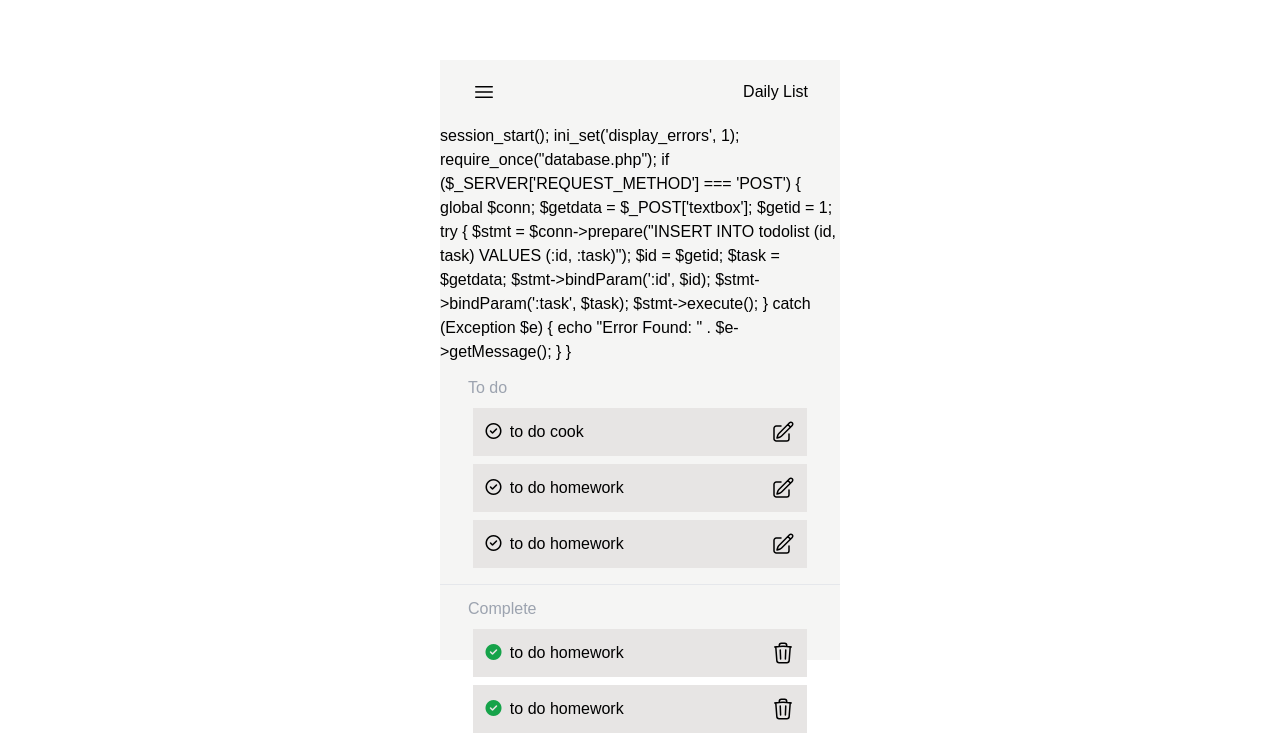
Repository: hsumyatm7308/TodolistbyPHP
Page: http://localhost/
These files come from the project's save history. The page is drawn as it stood at one moment and after the next save; the edit follows.
The browser window is 1280 px wide. The pictures show the whole page.
Some web libraries are served in a nearby version. The page is run by PHP 8.4 with error messages shown; the project is at /var/www/html/.

Above is the page before, as saved 2023-07-09 16:43:33.

### index.php
<!DOCTYPE html>
<html lang="en">

<head>
    <meta charset="UTF-8">
    <meta name="viewport" content="width=device-width, initial-scale=1.0">
    <title>To Do List</title>
    <link rel="stylesheet" href="https://cdnjs.cloudflare.com/ajax/libs/font-awesome/6.4.0/css/all.min.css">
    <script src="https://cdn.tailwindcss.com"></script>

    <style>
        * {
            font-family: sans-serif;
        }
    </style>

</head>

<body>
    <div class="w-screen h-screen container flex justify-center items-center">
        <div class="w-[400px] h-[600px] bg-stone-100">
            <!-- header nav  -->
            <div class="w-full h-14 flex justify-between items-center p-8">
                <div>
                    <svg xmlns="http://www.w3.org/2000/svg" fill="none" viewBox="0 0 24 24" stroke-width="1.5"
                        stroke="currentColor" class="w-6 h-6">
                        <path stroke-linecap="round" stroke-linejoin="round"
                            d="M3.75 6.75h16.5M3.75 12h16.5m-16.5 5.25h16.5" />
                    </svg>

                </div>
                <div>
                    <h4> Daily List</h4>
                </div>
            </div>


            <?php

            include ("create.php");
            include("updatetodo.php");
            include("complete.php");

            ?>





        </div>
    </div>
</body>

</html>

### create.php
session_start();
ini_set('display_errors', 1);

require_once("database.php");

if ($_SERVER['REQUEST_METHOD'] === 'POST') {
    global $conn;

    $getdata = $_POST['textbox'];
    $getid = 1;

    try {
        $stmt = $conn->prepare("INSERT INTO todolist (id, task) VALUES (:id, :task)");

        $id = $getid;
        $task = $getdata;

        $stmt->bindParam(':id', $id);
        $stmt->bindParam(':task', $task);

        $stmt->execute();
    } catch (Exception $e) {
        echo "Error Found: " . $e->getMessage();
    }
}

### updatetodo.php










<!-- update to do  -->
<form action="" method="post" class="mt-3" enctype="multipart/form-data">
    <h3 class="text-gray-400 ml-7 mb-1">To do</h3>

    <div name="taskitems" class="w-full h-auto flex justify-center items-center p-1">


        <div class="w-[85%] h-auto bg-stone-200 flex justify-between items-center p-3">
            <span>
                <i class="fa-regular fa-circle-check"></i>
                <span class="ml-1">to do cook</span>
            </span>

            <div>
                <svg xmlns="http://www.w3.org/2000/svg" fill="none" viewBox="0 0 24 24" stroke-width="1.5"
                    stroke="currentColor" class="w-6 h-6">
                    <path stroke-linecap="round" stroke-linejoin="round"
                        d="M16.862 4.487l1.687-1.688a1.875 1.875 0 112.652 2.652L10.582 16.07a4.5 4.5 0 01-1.897 1.13L6 18l.8-2.685a4.5 4.5 0 011.13-1.897l8.932-8.931zm0 0L19.5 7.125M18 14v4.75A2.25 2.25 0 0115.75 21H5.25A2.25 2.25 0 013 18.75V8.25A2.25 2.25 0 015.25 6H10" />
                </svg>
            </div>
        </div>



    </div>

    <div class="w-full h-auto flex justify-center items-center p-1">

        <div class="w-[85%] h-auto bg-stone-200 flex justify-between items-center p-3">

            <span>
                <i class="fa-regular fa-circle-check"></i>
                <span class="ml-1">to do homework</span>
            </span>

            <div>
                <svg xmlns="http://www.w3.org/2000/svg" fill="none" viewBox="0 0 24 24" stroke-width="1.5"
                    stroke="currentColor" class="w-6 h-6">
                    <path stroke-linecap="round" stroke-linejoin="round"
                        d="M16.862 4.487l1.687-1.688a1.875 1.875 0 112.652 2.652L10.582 16.07a4.5 4.5 0 01-1.897 1.13L6 18l.8-2.685a4.5 4.5 0 011.13-1.897l8.932-8.931zm0 0L19.5 7.125M18 14v4.75A2.25 2.25 0 0115.75 21H5.25A2.25 2.25 0 013 18.75V8.25A2.25 2.25 0 015.25 6H10" />
                </svg>

            </div>

        </div>



    </div>


    <div class="w-full h-auto flex justify-center items-center p-1">

        <div class="w-[85%] h-auto bg-stone-200 flex justify-between items-center p-3">

            <span>
                <i class="fa-regular fa-circle-check"></i>
                <span class="ml-1">to do homework</span>
            </span>

            <div>
                <svg xmlns="http://www.w3.org/2000/svg" fill="none" viewBox="0 0 24 24" stroke-width="1.5"
                    stroke="currentColor" class="w-6 h-6">
                    <path stroke-linecap="round" stroke-linejoin="round"
                        d="M16.862 4.487l1.687-1.688a1.875 1.875 0 112.652 2.652L10.582 16.07a4.5 4.5 0 01-1.897 1.13L6 18l.8-2.685a4.5 4.5 0 011.13-1.897l8.932-8.931zm0 0L19.5 7.125M18 14v4.75A2.25 2.25 0 0115.75 21H5.25A2.25 2.25 0 013 18.75V8.25A2.25 2.25 0 015.25 6H10" />
                </svg>

            </div>

        </div>



    </div>
    <hr class="mt-3">
</form>

### complete.php
      <!-- complete work -->
      <form action="" method="post" class="mt-3" enctype="multipart/form-data">
                <h3 class="text-gray-400 ml-7 mb-1">Complete</h3>

                <div class="w-full h-auto flex justify-center items-center p-1">


                    <div class="w-[85%] h-auto bg-stone-200 flex justify-between items-center p-3">

                        <span>
                            <i class="fa-solid fa-circle-check text-green-600"></i>
                            <span class="ml-1">to do homework</span>
                        </span>

                        <div>
                            <svg xmlns="http://www.w3.org/2000/svg" fill="none" viewBox="0 0 24 24" stroke-width="1.5"
                                stroke="currentColor" class="w-6 h-6">
                                <path stroke-linecap="round" stroke-linejoin="round"
                                    d="M14.74 9l-.346 9m-4.788 0L9.26 9m9.968-3.21c.342.052.682.107 1.022.166m-1.022-.165L18.16 19.673a2.25 2.25 0 01-2.244 2.077H8.084a2.25 2.25 0 01-2.244-2.077L4.772 5.79m14.456 0a48.108 48.108 0 00-3.478-.397m-12 .562c.34-.059.68-.114 1.022-.165m0 0a48.11 48.11 0 013.478-.397m7.5 0v-.916c0-1.18-.91-2.164-2.09-2.201a51.964 51.964 0 00-3.32 0c-1.18.037-2.09 1.022-2.09 2.201v.916m7.5 0a48.667 48.667 0 00-7.5 0" />
                            </svg>

                        </div>

                    </div>



                </div>

                <div class="w-full h-auto flex justify-center items-center p-1">

                    <div class="w-[85%] h-auto bg-stone-200 flex justify-between items-center p-3">

                        <span>
                            <i class="fa-solid fa-circle-check text-green-600"></i>
                            <span class="ml-1">to do homework</span>
                        </span>

                        <div>
                            <svg xmlns="http://www.w3.org/2000/svg" fill="none" viewBox="0 0 24 24" stroke-width="1.5"
                                stroke="currentColor" class="w-6 h-6">
                                <path stroke-linecap="round" stroke-linejoin="round"
                                    d="M14.74 9l-.346 9m-4.788 0L9.26 9m9.968-3.21c.342.052.682.107 1.022.166m-1.022-.165L18.16 19.673a2.25 2.25 0 01-2.244 2.077H8.084a2.25 2.25 0 01-2.244-2.077L4.772 5.79m14.456 0a48.108 48.108 0 00-3.478-.397m-12 .562c.34-.059.68-.114 1.022-.165m0 0a48.11 48.11 0 013.478-.397m7.5 0v-.916c0-1.18-.91-2.164-2.09-2.201a51.964 51.964 0 00-3.32 0c-1.18.037-2.09 1.022-2.09 2.201v.916m7.5 0a48.667 48.667 0 00-7.5 0" />
                            </svg>


                        </div>

                    </div>



                </div>
            </form>

After the next save:
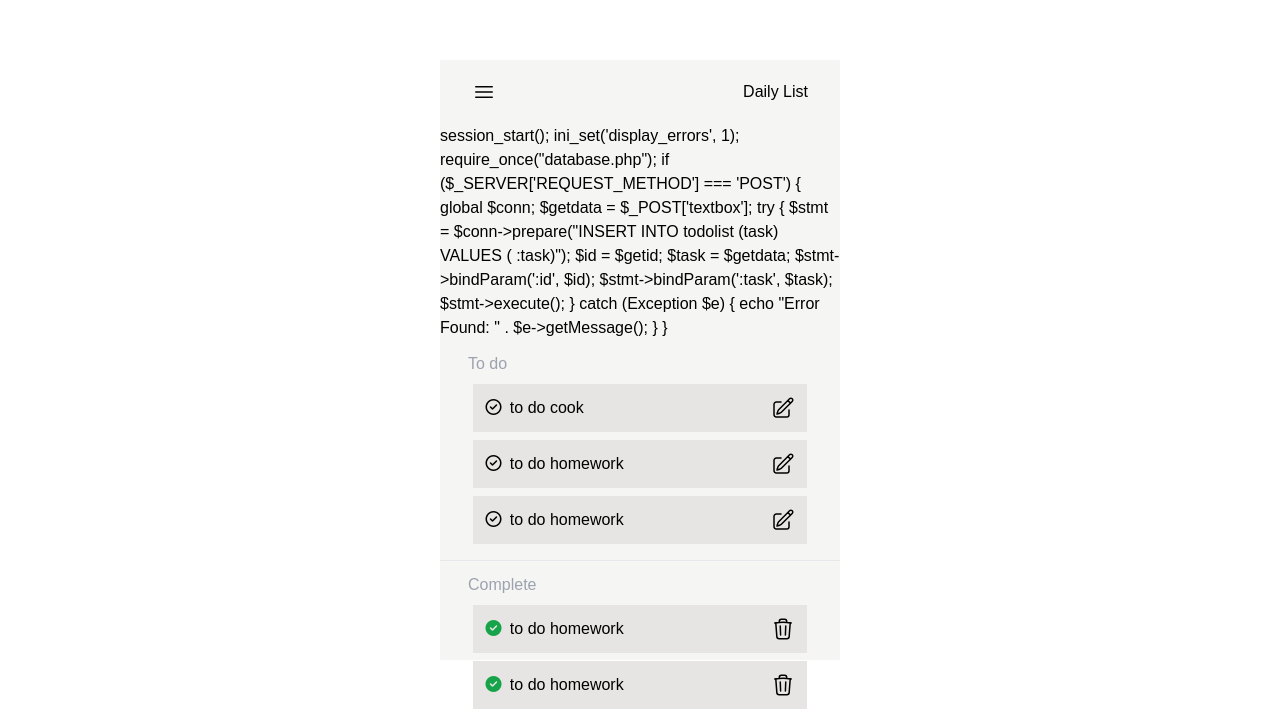
Saved 10 s later.
--- a/create.php
+++ b/create.php
@@ -7,10 +7,10 @@ if ($_SERVER['REQUEST_METHOD'] === 'POST') {
     global $conn;
 
     $getdata = $_POST['textbox'];
-    $getid = 1;
+
 
     try {
-        $stmt = $conn->prepare("INSERT INTO todolist (id, task) VALUES (:id, :task)");
+        $stmt = $conn->prepare("INSERT INTO todolist (task) VALUES ( :task)");
 
         $id = $getid;
         $task = $getdata;
